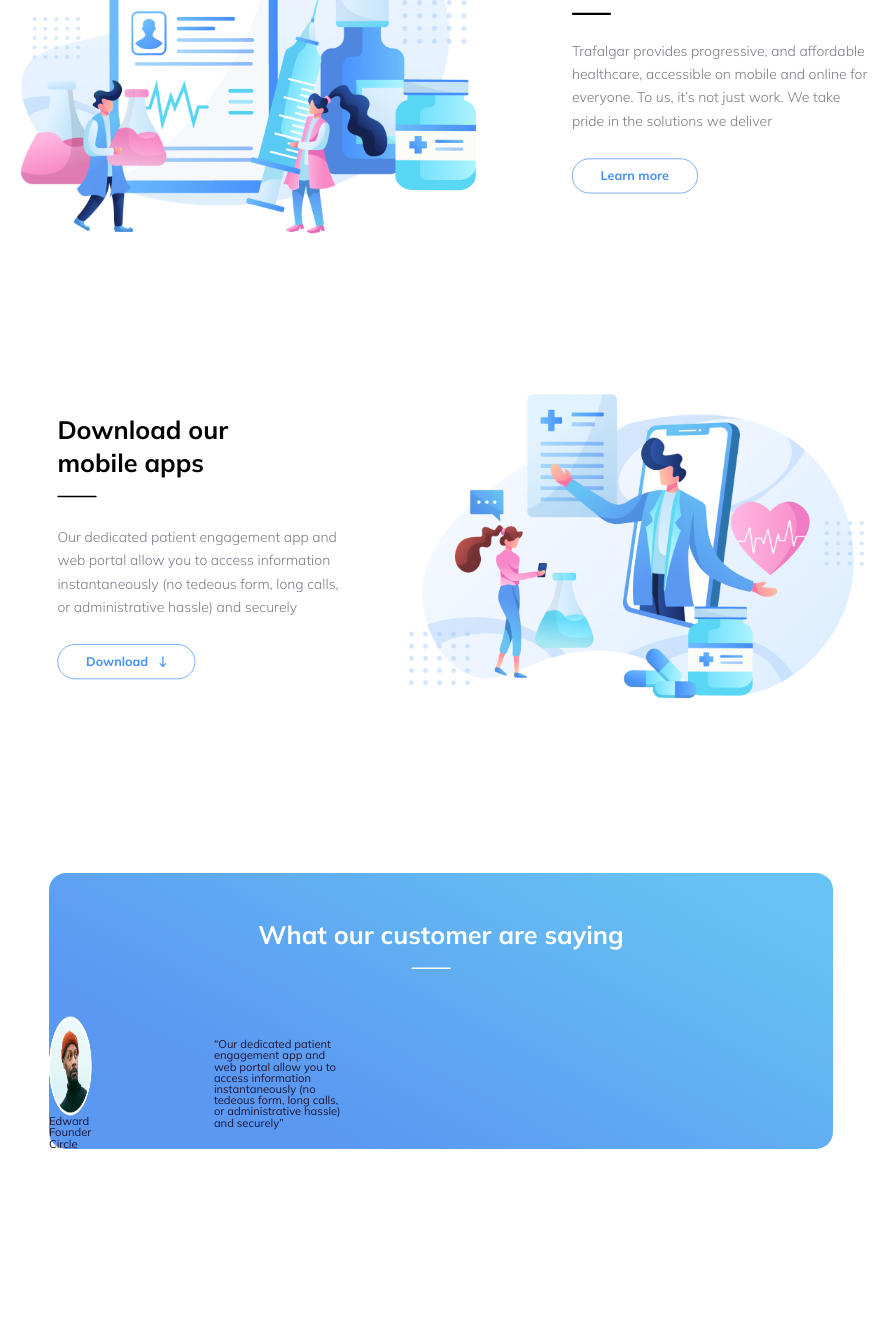
Repository: tungcutte35/Trafalgar
Page: index.html
These files come from the project's save history. The page is drawn as it stood at one moment and after the next save; the edit follows.
The browser window is 1280 px wide. The pictures show the part of the page from y = 2495 to 4415 px (the page is 4415 px tall before and 4354 px after), at 70% of full size.
The style sheet was rebuilt from its Sass, Less or Tailwind sources for each picture, by a compiler version that may differ from the author's.

Above is the page before, as saved 2021-10-18 00:28:30.

### index.html
<!DOCTYPE html>
<html lang="en">
<head>
  <meta charset="UTF-8">
  <meta http-equiv="X-UA-Compatible" content="IE=edge">
  <meta name="viewport" content="width=device-width, initial-scale=1.0">
  <title>Trafalgar</title>
  <link rel="stylesheet" href="./sass/css/app.css">
  <link rel="preconnect" href="https://fonts.googleapis.com">
  <link rel="preconnect" href="https://fonts.gstatic.com" crossorigin>
  <link href="https://fonts.googleapis.com/css2?family=Mulish:wght@300;400;700&display=swap" rel="stylesheet">
 <link rel="stylesheet" href="./font/fontawesome-free-5.15.4-web/css/all.min.css">
</head>
<body>
  <div class="wrapper">
    <header class="header">
    <div class="container">
      <div class="header-main">
        <img srcset="./Images/logo.png 2x" alt="" class="header-img">
        <ul class="menu">
          <li class="menu-item">
            <a href="#" class="menu-link menu-firsd">Home</a>
          </li>
          <li class="menu-item">
            <a href="#" class="menu-link">Find a doctor</a>
          </li>
          <li class="menu-item">
            <a href="#" class="menu-link">Apps</a>
          </li>
          <li class="menu-item">
            <a href="#" class="menu-link">Testimonials</a>
          </li>
          <li class="menu-item">
            <a href="#" class="menu-link">About us</a>
          </li>
          <li class="menu-log">
            <a href="#" class="button button--outline ">Login</a>
          </li>
          <li class="menu-log">
            <a href="#" class="button button--primary ">Logup</a>
          </li>
        </ul>
      </div>
    </div>
    </header>
    <section class="virtual">
      <div class="container">
        <div class="virtual-main">
          <div class="virtual-firsd">
            <h2 class="virtual-heading">Virtual
              for you</h2>
            <p class="text virtual-content">Trafalgar provides progressive, and affordable healthcare, accessible on mobile and online for everyone</p>
            <a href="#" class="button button--primary">Consult today</a>
          </div>
          <div class="virtual-img">
            <img srcset="./Images/img1.png 2x" alt="" class="virtual-imgs">
          </div>
        </div>
      </div>
    </section>
    <secction class="sevices">
      <div class="container">
        <div class="sevices-header">
          <h3 class="heading sevices-heading">Our services</h3>
          <p class="text sevices-content">We provide to you the best choiches for you. Adjust it to your health needs and make sure your undergo treatment with our highly qualified doctors you can consult with us which type of service is suitable for your health</p>
        </div>
        <div class="sevices-main">
          <div class="sevices-item">
            <div class="sevices-price">
            <img class="sevices-img" srcset="./Images/icon1.png 2x" alt="">
            </div>
            <h4 class="heading sevices-title">Search doctor</h4>
            <p class="text sevices-desc">Choose your doctor from thousands of specialist, general, and trusted hospitals</p>
          </div>
          <div class="sevices-item">
            <div class="sevices-price">
            <img class="sevices-img" srcset="./Images/icon2.png 2x" alt="">
            </div>
            <h4 class="heading sevices-title">Online pharmacy</h4>
            <p class="sevices-desc">Buy  your medicines with our mobile application with a simple delivery system</p>
          </div>
          <div class="sevices-item">
            <div class="sevices-price">
            <img class="text sevices-img" srcset="./Images/icon3.png 2x" alt="">
            </div>
            <h4 class="heading sevices-title">Consultation</h4>
            <p class="sevices-desc">Free consultation with our trusted doctors and get the best recomendations</p>
          </div>
          <div class="sevices-item">
            <div class="sevices-price">
            <img class="sevices-img" srcset="./Images/icon4.png 2x" alt="">
            </div>
            <h4 class="heading sevices-title">Details info</h4>
            <p class="text sevices-desc">Free consultation with our trusted doctors and get the best recomendations</p>
          </div>
          <div class="sevices-item">
            <div class="sevices-price">
            <img class="sevices-img" srcset="./Images/icon5.png 2x" alt="">
            </div>
            <h4 class="heading sevices-title">Emergency care</h4>
            <p class="text sevices-desc">You can get 24/7 urgent care for yourself or your children and your lovely family</p>
          </div>
          <div class="sevices-item">
            <div class="sevices-price">
            <img class="sevices-img" srcset="./Images/icon6.png 2x" alt="">
            </div>
            <h4 class="heading sevices-title">Tracking</h4>
            <p class="text sevices-desc">Track and save your medical history and health data </p>
          </div>
        </div>
        <a href="" class="button button--outline sevices-more">Learn more</a>
      </div>
    </secction>
    <section class="lead">
      <div class="container">
        <div class="lead-main">
          <div class="lead-img">
            <img srcset="./Images/img2.png 2x" alt="">
          </div>
          <div class="lead-firsd">
            <h3 class="heading lead-heading">
              Leading healthcare providers
            </h3>
          <div class="lead-title">
            <p class="text lead-content">
              Trafalgar provides progressive, and affordable healthcare, accessible on mobile and online for everyone. To us, it’s not just work. We take pride in the solutions we deliver
            </p>
          </div>
            <a href="#" class="button button--outline">Learn more</a>
          </div>


        </div>
      </div>
    </section>
    <section class="download">
      <div class="container">
        <div class="download-main">
          <div class="dowload-firds">
            <h3 class="heading download-heading">
              Download our mobile apps
            </h3>
            <p class="text download-content">
              Our dedicated patient engagement app and web portal allow you to access information instantaneously (no tedeous form, long calls, or administrative hassle) and securely
            </p>
            <a href="#" class="button button--outline">
              <span>Download</span>
              <img class="download-icon" src="./Images/Bottom.svg" alt="">
            </a>
          </div>
          <img srcset="./Images/img3.png 2x" alt="" class="download-img">
        </div>
      </div>
    </section>
    <section class="customer">
      <div class="container">
        <div class="customer-main">
          <div class="customer-firds">
            <h3 class="heading customer-heading">
              What our customer are saying
            </h3>
          </div>
          <div class="customer-seconds">
            <div class="customer-name">
              <img class="customer-img" srcset="./Images/avt.png 2x" alt="">
              <span>
                Edward
                Founder Circle
              </span>
            </div>
            <div class="customer-desc">
              <p class="customer-content">
                “Our dedicated patient engagement app and web portal allow you to access information instantaneously (no tedeous form, long calls, or administrative hassle) and securely”
              </p>
            </div>
          </div>
        </div>
      </div>
    </section>
  </div>
<!-- sass app.scss css/app.css --watch -->

</body>
</html>

### sass/app.scss
@import "reset";
@import "variables";
@import "global";
@import "header";
@import "./menu";
@import "./virtual";
@import "./sevices";
@import "./lead";
@import "./download";
@import "./customer";

### sass/_variables.scss
$font: "Mulish", sans-serif;
$gray: #1f1534;
$heading-color: #000000;
$primary-color: #458ff6;
$footer-color: #fff;
$text-color: #7d7987;

### sass/_global.scss
.wrapper {
  max-width: 1600px;
  margin: 0 auto;
}
.container {
  max-width: 1260px;
  margin: 0 auto;
  padding: 0 20px;
}
body {
  font-family: $font;
  line-height: 1;
  font-size: 16px;
  color: $gray;
}
ul {
  list-style-type: none;
}
.button {
  display: inline-flex;
  justify-content: center;
  align-items: center;
  font-size: 18px;
  font-weight: 700;
  height: 50px;
  padding: 0 40px;
  border-radius: 55px;
  background-color: transparent;
  border: 0;
  outline: none;
  cursor: pointer;
  &--primary {
    color: #fff;
    background-color: $primary-color;
  }
  &--outline {
    color: $primary-color;
    border: 1.4px solid $primary-color;
  }
}
.heading {
  color: black;
  font-weight: 700;
}
.text {
  font-size: 18px;
  font-weight: 300;
  color: $text-color;
  line-height: calc(30 / 18);
}

### sass/_header.scss
.header {
  padding-top: 56px;
  margin-bottom: 70px;
  &-main {
    display: flex;
    justify-content: space-between;
    align-items: center;
  }
  &-log {
    display: flex;
    justify-content: space-between;
    align-items: center;
    gap: 0 40px;
  }
}

### sass/_menu.scss
.menu {
  display: flex;
  align-items: center;
  gap: 0 30px;
  &-link {
    color: #8f8a9a;
    font-size: 18px;
  }
  &-firsd {
    color: $gray;
    font-weight: 700;
  }
  &-link:after {
    display: block;
    content: "";
    border-bottom: solid 2px $primary-color;
    transform: scaleX(0);
    transition: transform 250ms ease-in-out;
  }
  &-link:hover:after {
    transform: scaleX(1);
  }
  &-link:hover {
    color: $primary-color;
  }
}

### sass/_virtual.scss
.virtual {
  margin-bottom: 175px;
  &-main {
    display: flex;
    justify-content: space-between;
    align-items: center;
  }
  &-firsd {
    width: 100%;
    max-width: 445px;
    padding-right: 2px;
  }
  &-heading {
    font-size: 48px;
    width: 100%;
    max-width: 197px;
    line-height: calc(56 / 48);
    margin-bottom: 25px;
  }
  &-content {
    font-size: 21px;
    font-weight: 300;
    line-height: calc(32 / 21);
    margin-bottom: 45px;
  }
}

### sass/_sevices.scss
.sevices {
  &-header {
    max-width: 952px;
    margin: 0 auto 35px;
    text-align: center;
  }
  &-heading {
    font-size: 36px;
    line-height: calc(56 / 36);
    position: relative;
    &::after {
      content: "";
      position: absolute;
      bottom: -23px;
      left: 47%;
      width: 56px;
      height: 2px;
      background-color: black;
    }
  }
  &-content {
    display: flex;
    align-items: center;
    justify-content: center;
    margin-top: 50px;
  }
  &-main {
    display: grid;
    grid-template-columns: repeat(3, 1fr);
    grid-gap: 37px 34px;
    max-width: 1120px;
    margin: 35px 40px;
    position: relative;
  }
  &-item {
    height: 350px;
    background-color: #fff;
    border-radius: 20px;
    box-shadow: 10px 40px 50px rgba(229, 233, 246, 0.4);
  }
  &-img {
    padding: 54px 0 23px 37px;
  }
  &-title {
    font-size: 24px;
    padding: 0 0 1px 38px;
  }
  &-desc {
    font-size: 16px;
    font-weight: 300;
    line-height: calc(28 / 16);
    max-width: 266px;
    margin-left: 38px;
  }
  &-price {
    height: 170px;
    width: auto;
  }
  &-more {
    margin: 190px 0;
    margin-left: 42%;
  }
}

### sass/_lead.scss
.lead {
  margin-bottom: 230px;
  &-main {
    display: flex;
    justify-content: space-between;
    align-items: center;
    gap: 0 137px;
  }
  &-img {
    width: 100%;
    max-width: 650px;
  }
  &-firsd {
    max-width: 486px;
    margin-top: -30px;
  }
  &-heading {
    font-size: 36px;
    line-height: calc(56 / 36);
    margin-bottom: 60px;
    position: relative;

    &::after {
      content: "";
      position: absolute;
      width: 56px;
      height: 3px;
      bottom: -26px;
      left: 0;
      border-radius: 10px;
      background-color: black;
    }
  }
  &-content {
    max-width: 430px;
    height: auto;
    font-size: 20px;
    line-height: calc(30 / 18);
    margin-bottom: 37px;
  }
}

### sass/_download.scss
.download {
  margin-bottom: 250px;
  margin-left: 62px;
  &-main {
    display: flex;
    justify-content: space-between;
    align-items: center;
    gap: 0 71px;
    width: 100%;
    max-width: 1156px;
    position: relative;
  }
  &-firsd {
    max-width: 420px;
    padding-left: 145px;
  }
  &-heading {
    max-width: 254px;
    font-size: 36px;
    line-height: calc(47 / 36);
    padding-bottom: 66px;
    position: relative;
    &::after {
      content: "";
      position: absolute;
      width: 56px;
      height: 2px;
      bottom: 40px;
      left: 0;
      border-radius: 6px;
      background-color: black;
    }
  }
  &-content {
    max-width: 410px;
    font-size: 20px;
    line-height: calc(30 / 18);
    margin-bottom: 37px;
  }
  &-icon {
    padding-left: 15px;
  }
}

### sass/_customer.scss
.customer {
  margin-bottom: 278px;
  &-main {
    max-width: 1120px;
    margin-left: 40px;
    background: linear-gradient(208.18deg, #67c3f3 9.05%, #5a98f2 76.74%);
    border-radius: 24px;
  }
  &-firds {
    display: flex;
    align-items: center;
    justify-content: center;
  }
  &-heading {
    max-width: 522px;
    font-size: 36px;
    color: white;
    line-height: calc(48 / 36);
    margin-top: 64px;
    position: relative;
    margin-bottom: 93px;
    &::after {
      content: "";
      position: absolute;
      bottom: -25px;
      left: 42%;
      width: 56px;
      height: 2px;
      background-color: white;
      border-radius: 6px;
    }
  }
  &-seconds {
    max-width: 420px;
    display: flex;
    justify-content: space-between;
    align-items: center;
    gap: 0 175px;
  }
  &-img {
    width: auto;
    height: 141px;
  }
}

Loaded but not shown: font/fontawesome-free-5.15.4-web/css/all.min.css (library); sass/_reset.scss (common file)

After the next save:
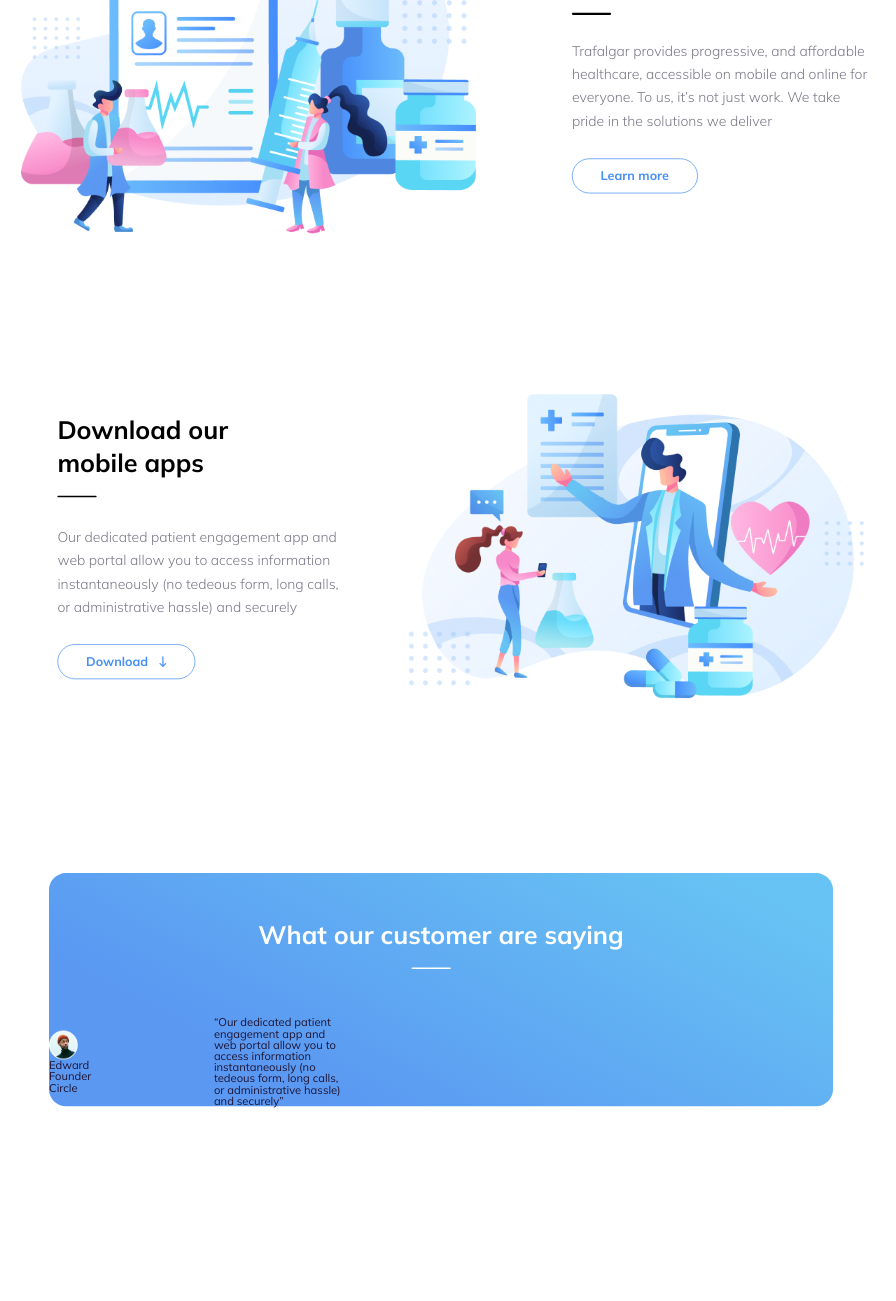
Saved 15 s later.
--- a/sass/_customer.scss
+++ b/sass/_customer.scss
@@ -39,6 +39,6 @@
   }
   &-img {
     width: auto;
-    height: 141px;
+    height: 41px;
   }
 }

After the save that followed:
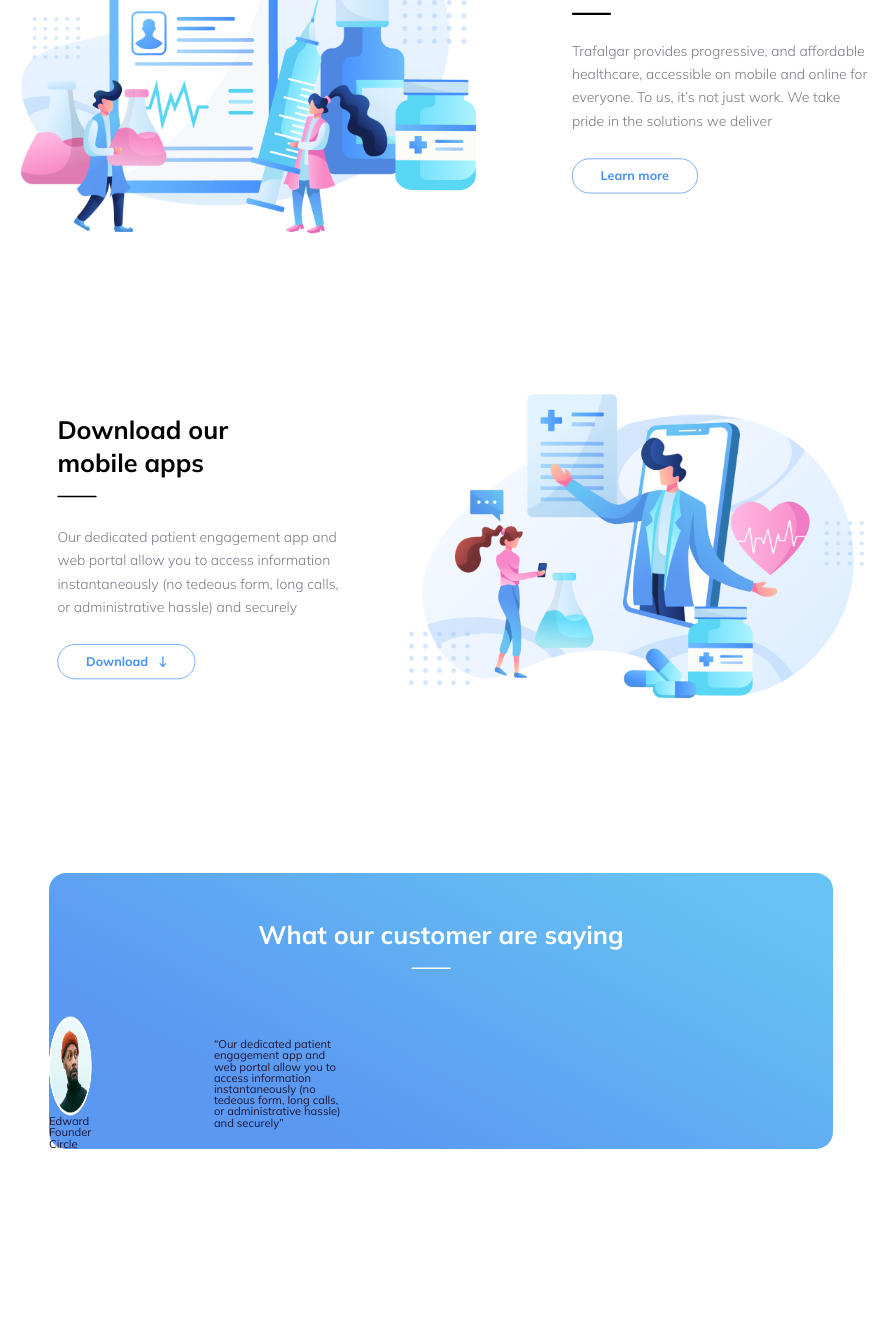
Saved 17 s later.
--- a/sass/_customer.scss
+++ b/sass/_customer.scss
@@ -38,7 +38,7 @@
     gap: 0 175px;
   }
   &-img {
-    width: auto;
-    height: 41px;
+    width: 141px;
+    height: 141px;
   }
 }
